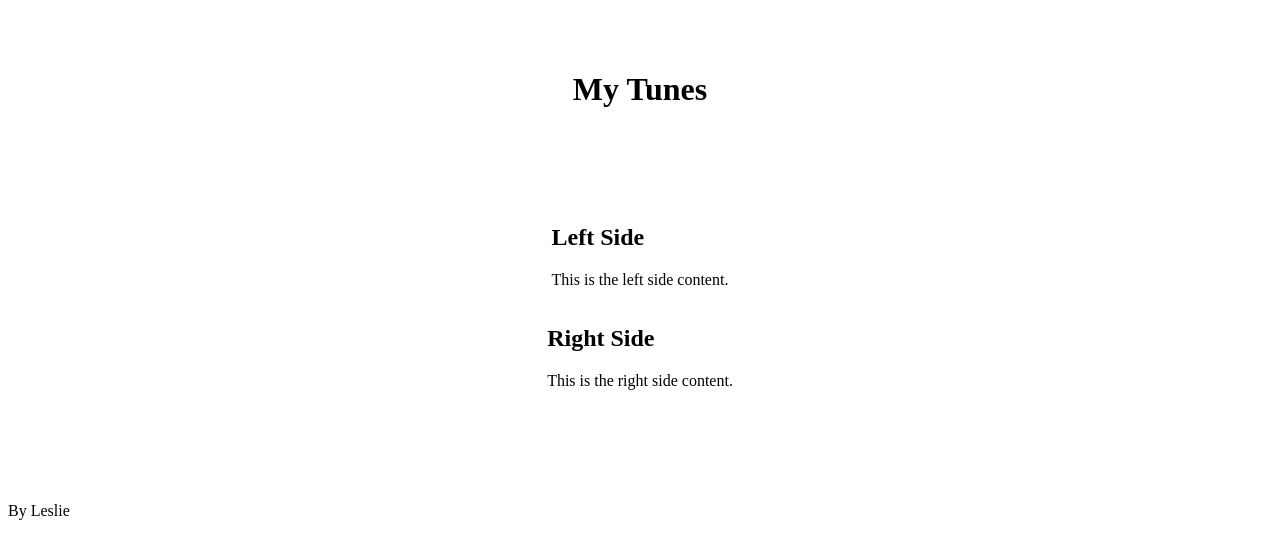
Repository: leslie179/labOne
Page: /
The author's editor kept a copy of each file at every save. The page is drawn from the files as they stood at one save, then again after a run of saves.
The browser window is 1280 px wide. The pictures show the whole page.
The project was rebuilt for these pictures with package versions that can differ from the ones it lists, and the page was loaded fresh each time. The framework's server and built-in components were replaced by stand-ins that run in the browser. Also part of the build but not shown: next.config.js, components/Footer/Footer.module.css, components/LeftComponent/LeftComponent.module.css, components/RightComponent/RightComponent.module.css.

Above is the page before, as saved 2024-09-15 21:35:50.

After the next 3 saves:
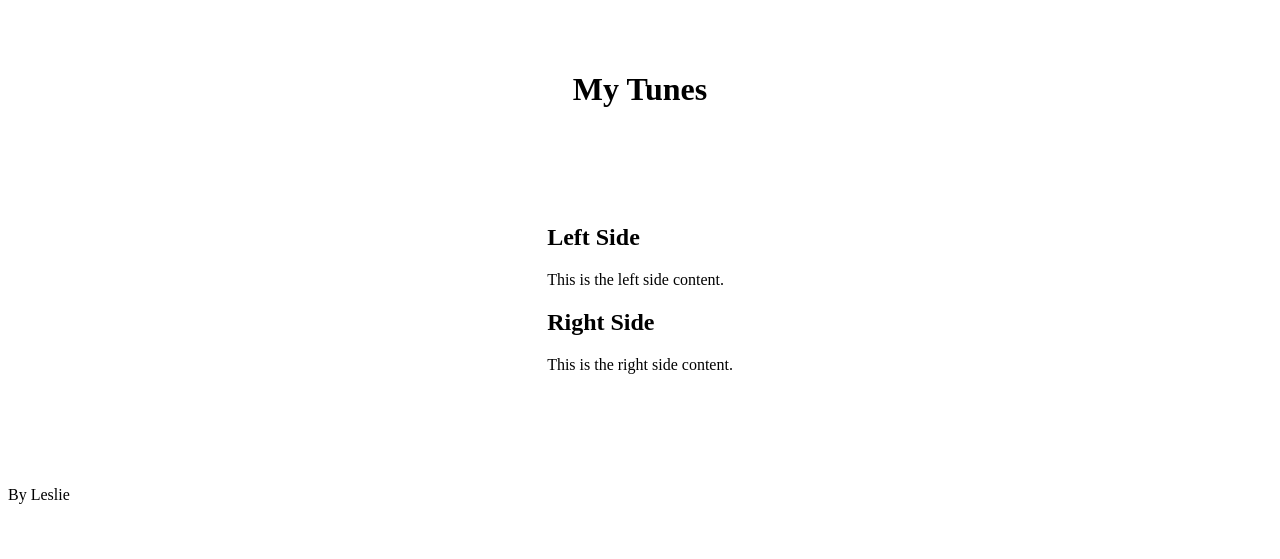
The 3 saves are shown as one change because they came seconds apart.
The last was saved 28 s later.
--- a/pages/index.js
+++ b/pages/index.js
@@ -16,12 +16,14 @@ export default function Home() {
       </Head>
       <Header/>
       <main className={`${styles.main}`}>
+      <div className={styles.container}>
       <div className={styles.left}>
                 <LeftComponent />
             </div>
             <div className={styles.right}>
                 <RightComponent />
             </div>
+            </div>
       </main>
       <Footer/>
     </>
